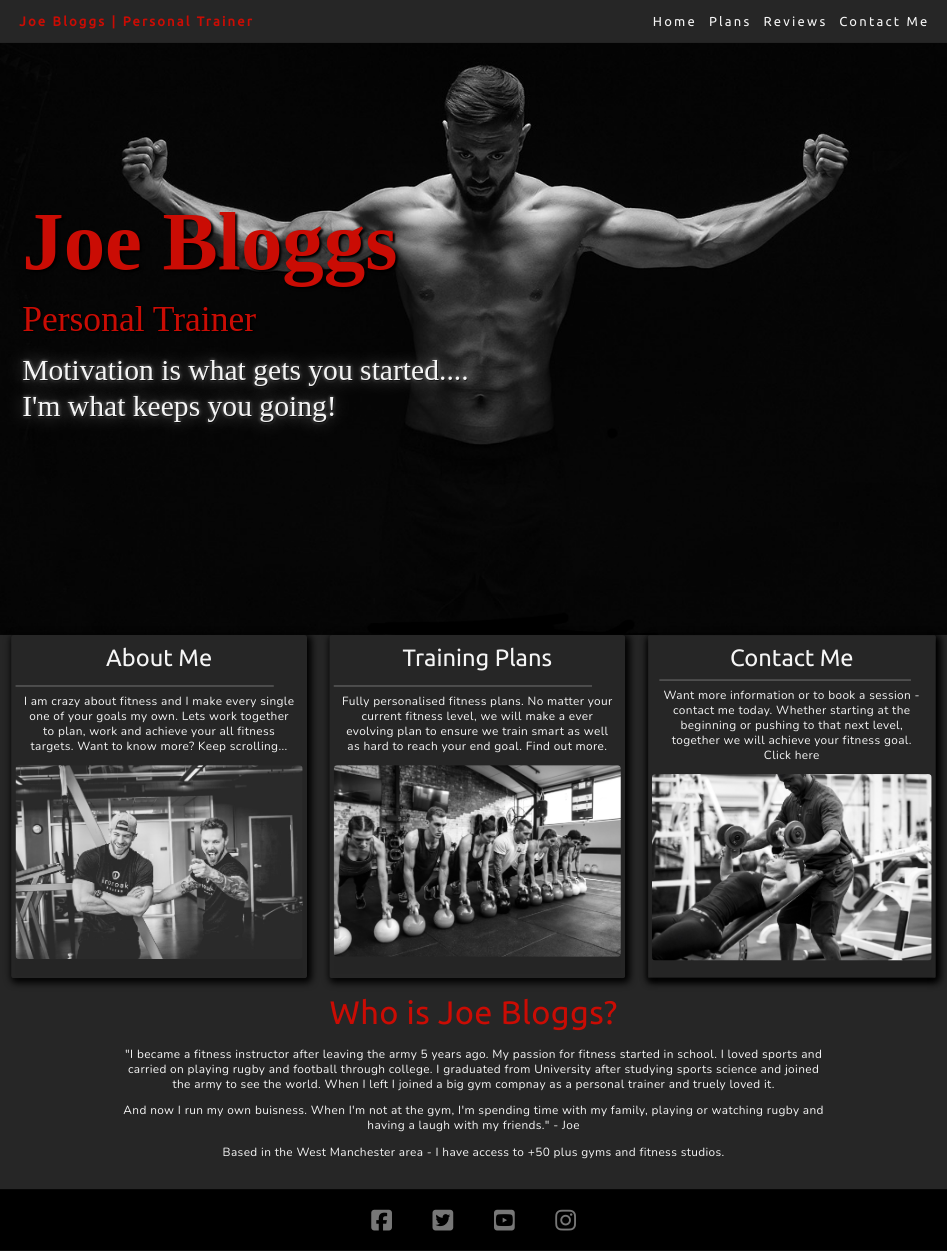
Repository: ClaireRoberts1403/Joe-Bloggs-Personal-Trainer
Page: index.html
The author's editor kept a record of every edit. The page is drawn from the files as they stood at one moment, then again after the next edit.
The browser window is 1280 px wide. The pictures show the whole page, at 74% of full size.
Some web fonts or font styles are not loaded; a fallback is used. Some web libraries are served in a nearby version.

Above is the page before.
Console error: TypeError: Cannot read properties of undefined (reading 'fn')

After the next edit:
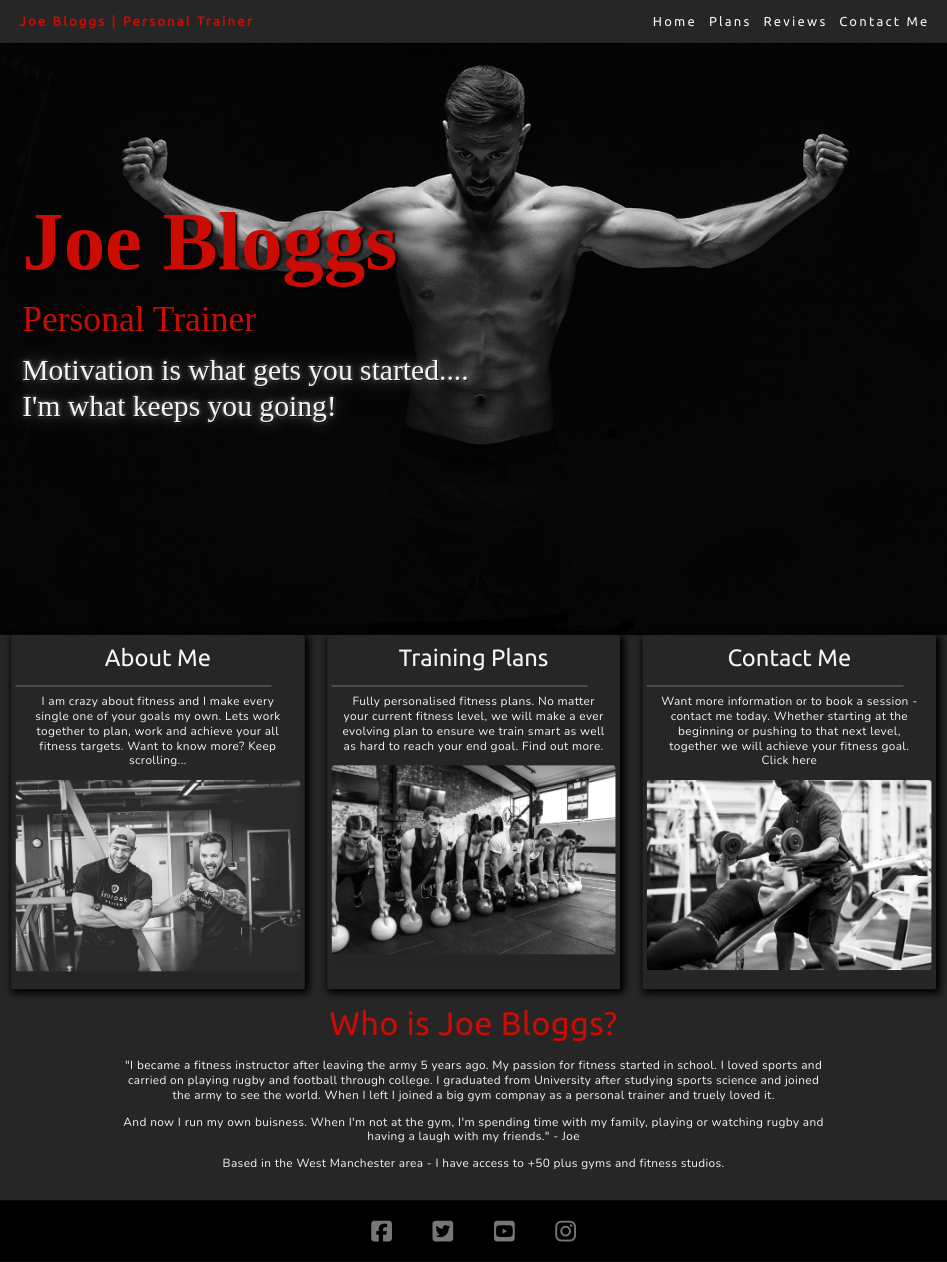
The edit:
--- a/index.html
+++ b/index.html
@@ -71,8 +71,8 @@
 					</div>
 
 			</div>
-			<div class="card h-100 text-center">
-				<div class="about">
+			<div class="card h-100 text-center about">
+
 					<h2>Contact Me </h2>
 					<hr>
 					<p>Want more information or to book a session - contact me today. Whether starting at the beginning or pushing to that next level, together we will achieve your fitness goal.
